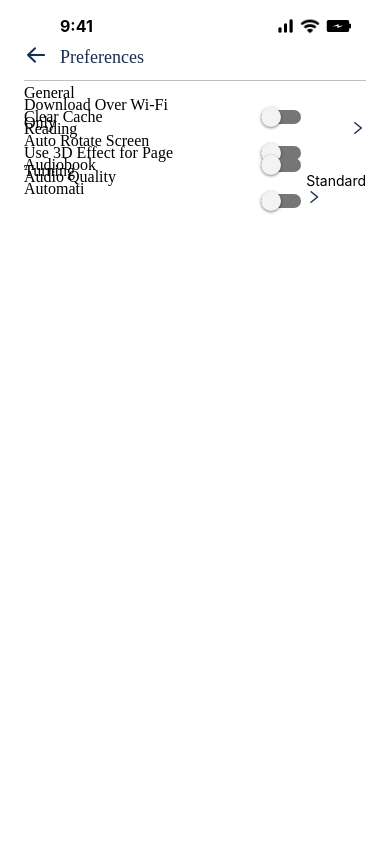
Repository: tnmod/Erabook
Screen: / (app in app/)
The author's editor kept a copy of each file at every save. The screen is drawn from the files as they stood at one save, then again after a run of saves.
The app was drawn by React Native's web renderer in a window 390 px wide. The project was rebuilt for these pictures with package versions that can differ from the ones it lists, and the page was loaded fresh each time. Imported but missing from the stored project, and not drawn on this page: app/src/redux/features/CounterAPI.

Above is the screen before, as saved 2023-05-25 19:20:48.

### app/App.tsx


import React, { useState, Dispatch } from 'react';
import type { PropsWithChildren } from 'react';
import {
  Image,
  SafeAreaView,
  ScrollView,
  StatusBar,
  StyleSheet,
  Text,
  useColorScheme,
  View,
} from 'react-native';

import {
  Colors,
  DebugInstructions,
  Header,
  LearnMoreLinks,
  ReloadInstructions,
} from 'react-native/Libraries/NewAppScreen';
import MainNagivator from './src/Navigator/MainNavigator';
import { NavigationContainer } from '@react-navigation/native';
import { store } from './src/redux/app/store';
import { Provider } from 'react-redux';
import EbookItem from './src/components/Item/EbookItem';
import DetailScreen from './src/screens/detailScreen/DetailScreen';
import Notification from './src/screens/Notification/Notification';
import Preferences from './src/screens/Preferences/Preferences';





type SectionProps = PropsWithChildren<{
  title: string;
}>;
type Model = {
  name: String;
  age: Number;
}


const StatusBarIOS = () => {
  return (
    <View style={{ width: "100%", height: 42, paddingTop: 10, justifyContent: 'space-between', flexDirection: 'row', backgroundColor: 'white' }}>
      <View style={{ height: "100%", flex: 1, marginHorizontal: 20, justifyContent: 'center', alignItems: 'center', flexDirection: 'row' }}>
        <Text style={{ fontWeight: 'bold', fontSize: 16, color: 'black' }}>9:41</Text>
      </View>
      <View style={{ flex: 3 / 4 }}></View>
      <View style={{ height: "100%", flex: 1, marginHorizontal: 20, justifyContent: 'center', alignItems: 'center', flexDirection: 'row' }}>
        <Image style={{ width: 19, height: 16, margin: 2, resizeMode: 'stretch' }} source={require('./src/assets/statusbar-signal.png')} />
        <Image style={{ width: 22, height: 22, margin: 2 }} source={require('./src/assets/statusbar-wifi.png')} />
        <Image style={{ width: 27, height: 24, margin: 2, resizeMode: 'stretch' }} source={require('./src/assets/statusbar-battery.png')} />
      </View>
    </View>
  )
}


const App: React.FC<Model> = () => {

  return (
    <Provider store={store} >
      <NavigationContainer>
        <SafeAreaView style={{ flex: 1 }}>
          <StatusBarIOS />
          <StatusBar hidden={true} />
          {/* <MainNagivator /> */}
          {/* <EbookItem /> */}
          <Preferences/>
        </SafeAreaView>
      </NavigationContainer>
    </Provider>
  );
}

const styles = StyleSheet.create({
  sectionContainer: {
    marginTop: 32,
    paddingHorizontal: 24,
  },
  sectionTitle: {
    fontSize: 24,
    fontWeight: '600',
  },
  sectionDescription: {
    marginTop: 8,
    fontSize: 18,
    fontWeight: '400',
  },
  highlight: {
    fontWeight: '700',
  },
});

export default App;

### app/src/redux/app/store.js
import { configureStore } from "@reduxjs/toolkit";
import CounterReducer from "../features/CounterSilce";


export const store = configureStore({
    reducer:{
        counter: CounterReducer,
    }
})

### app/src/screens/Preferences/Preferences.tsx
import { StyleSheet, Text, View, Image, ScrollView, TouchableOpacity } from 'react-native'
import React, { useState } from 'react'
import { SafeAreaView } from 'react-native-safe-area-context'
import { Popins } from '../../components/popins'
import Icon from 'react-native-vector-icons/AntDesign'
import { Switch } from '@rneui/themed';

const Notification: React.FC = () => {
    const [isEnabled, setIsEnabled] = useState(false);
    const toggleSwitch = () => setIsEnabled(previousState => !previousState);

    return (
        <ScrollView style={{ backgroundColor: 'white', flex: 1 }}>
            <View style={[styles.container]}>
                <TouchableOpacity style={{ flexDirection: 'row', alignItems: 'center', }}>
                    <Icon size={24} name='arrowleft' color={'#192e51'} />
                    <Text style={[styles.text500, { marginLeft: 12, fontSize: 18 }]}>Preferences</Text>
                </TouchableOpacity>
                <View style={{ width: "100%", height: 0.5, backgroundColor: 'grey', opacity: 0.5, marginVertical: 12 }}></View>
                <View style={[{ marginTop: 12 }]}>
                    <View style={[styles.container1]}>
                        <Text style={[styles.text3]}>General</Text>
                    </View>
                    <TouchableOpacity style={[styles.container1]}>
                        <Text style={[styles.text3]}>Download Over Wi-Fi Only</Text>
                        <View style={styles.container3}>
                            <Switch
                                trackColor={{ false: '#767577', true: '#81b0ff' }}
                                thumbColor={isEnabled ? '#f5dd4b' : '#f4f3f4'}
                                ios_backgroundColor="#3e3e3e"
                                onValueChange={toggleSwitch}
                                value={isEnabled}
                            />
                        </View>
                    </TouchableOpacity>
                    <TouchableOpacity style={[styles.container1]}>
                        <Text style={[styles.text3]}>Clear Cache</Text>
                        <Icon size={16} name='right' color={'#192e51'} />
                    </TouchableOpacity>
                    <TouchableOpacity style={[styles.container1]}>
                        <Text style={[styles.text3]}>Reading</Text>
                    </TouchableOpacity>
                    <TouchableOpacity style={[styles.container1]}>
                        <Text style={[styles.text3]}>Auto Rotate Screen</Text>
                        <View style={styles.container3}>
                            <Switch
                                trackColor={{ false: '#767577', true: '#81b0ff' }}
                                thumbColor={isEnabled ? '#f5dd4b' : '#f4f3f4'}
                                ios_backgroundColor="#3e3e3e"
                                onValueChange={toggleSwitch}
                                value={isEnabled}
                            />
                        </View>
                    </TouchableOpacity>
                    <TouchableOpacity style={[styles.container1]}>
                        <Text style={[styles.text3]}>Use 3D Effect for Page Turning</Text>
                        <View style={styles.container3}>
                            <Switch
                                trackColor={{ false: '#767577', true: '#81b0ff' }}
                                thumbColor={isEnabled ? '#f5dd4b' : '#f4f3f4'}
                                ios_backgroundColor="#3e3e3e"
                                onValueChange={toggleSwitch}
                                value={isEnabled}
                            />
                        </View>
                    </TouchableOpacity>
                    <TouchableOpacity style={[styles.container1]}>
                        <Text style={[styles.text3]}>Audiobook</Text>
                    </TouchableOpacity>
                    <TouchableOpacity style={[styles.container1]}>
                        <Text style={[styles.text3]}>Audio Quality </Text>
                        <View>
                        <Text>Standard</Text>
                        <Icon size={16} name='right' color={'#192e51'} />
                        </View>
                    </TouchableOpacity>
                    <TouchableOpacity style={[styles.container1]}>
                        <Text style={[styles.text3]}>Automati</Text>
                        <View style={styles.container3}>
                            <Switch
                                trackColor={{ false: '#767577', true: '#81b0ff' }}
                                thumbColor={isEnabled ? '#f5dd4b' : '#f4f3f4'}
                                ios_backgroundColor="#3e3e3e"
                                onValueChange={toggleSwitch}
                                value={isEnabled}
                            />
                        </View>
                    </TouchableOpacity>
                </View>
            </View>
        </ScrollView>
    )
}



export default Notification

const styles = StyleSheet.create({

    container: {
        flex: 1,
        paddingHorizontal: 24,
        backgroundColor: 'white',
    },
    container1: {
        flex: 0,
        flexDirection: 'row',
        alignItems: 'center',
        marginBottom: 12,
    },
    container3: {
        flex: 1,
        alignItems: 'center',
        justifyContent: 'center',
    },

    text1: {
        fontSize: 20,
        fontWeight: '700',
        color: 'black',
        justifyContent: 'space-between',
    },
    text3: {
        flex: 1,
        fontSize: 16,
        fontFamily: Popins[400],
        color: 'black',
        justifyContent: 'space-between',
        height: 42,
        textAlignVertical: 'center'
    },
    img: {
        width: 24,
        height: 24
    },


    color: {
        color: '#192e51',
    },
    textCenter: {
        textAlign: 'center',
        textAlignVertical: 'center'
    },
    text400: {
        color: '#192e51',
        fontFamily: Popins[400],
        top: 1.8,
    },
    text500: {
        color: '#192e51',
        fontFamily: Popins[500],
        top: 2,
    },
    text700: {
        color: '#192e51',
        fontFamily: Popins[700],
        top: 2.1,
    },
    center: {
        alignItems: 'center'
    },

})

### app/src/redux/features/CounterSilce.js
import { createAsyncThunk, createSlice } from '@reduxjs/toolkit';
import { fetchCount } from './CounterAPI';

const initialState = {
    value: 0,
    status: 'idle',
};

export const incrementAsync = createAsyncThunk(
    'counter/fetchCount',
    async amount => {
        const response = await fetchCount(amount);
        return response.data;
    },
);

export const counterSlice = createSlice({
    name: 'counter',
    initialState,
    reducers: {
        increment: state => {
            state.value += 1;
        },
        decrement: state => {
            state.value -= 1;
        },
        incrementByAmount: (state, action) => {
            state.value += action.payload;
        },
    },
    extraReducers: builder => {
        builder
            .addCase(incrementAsync.pending, state => {
                state.status = 'loading';
            })
            .addCase(incrementAsync.fulfilled, (state, action) => {
                state.status = 'idle';
                state.value += action.payload;
            });
    },
});

export const { increment, decrement, incrementByAmount } = counterSlice.actions;

export const selectCount = state => state.counter.value;

export const incrementIfOdd = amount => (dispatch, getState) => {
    const currentValue = selectCount(getState());
    if (currentValue % 2 === 1) {
        dispatch(incrementByAmount(amount));
    }
};

export default counterSlice.reducer;

### app/src/components/popins.js

const Popins = {
    '400': 'Poppins-Regular',
    '500': 'Poppins-Medium',
    '600': 'Poppins-SemiBold',
    '700': 'Poppins-Bold',
    '800': 'Poppins-ExtraBold',
    '900': 'Poppins-Black',
}

export { Popins }

After the next 6 saves:
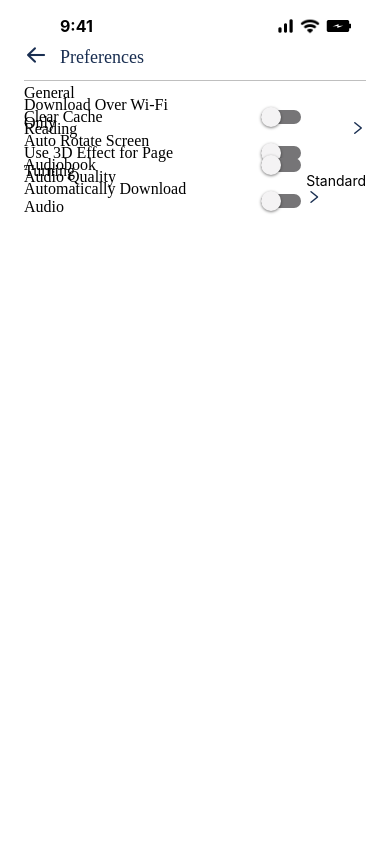
The 6 saves are shown as one change because they came seconds apart.
The last was saved 16 s later.
--- a/app/src/screens/Preferences/Preferences.tsx
+++ b/app/src/screens/Preferences/Preferences.tsx
@@ -75,7 +75,7 @@ const Notification: React.FC = () => {
                         </View>
                     </TouchableOpacity>
                     <TouchableOpacity style={[styles.container1]}>
-                        <Text style={[styles.text3]}>Automati</Text>
+                        <Text style={[styles.text3]}>Automatically Download Audio</Text>
                         <View style={styles.container3}>
                             <Switch
                                 trackColor={{ false: '#767577', true: '#81b0ff' }}
